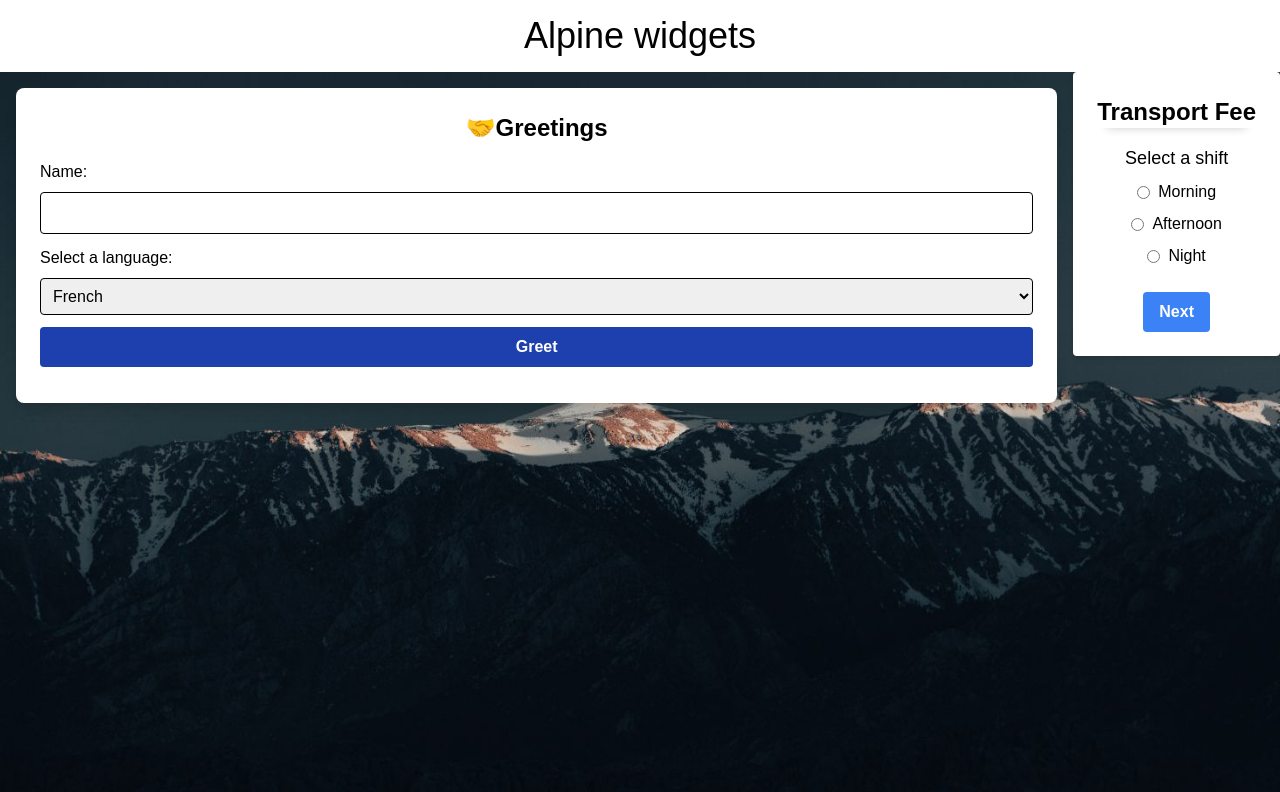
Repository: lasity34/alpine-bootcamp-widgets
Page: index.html
The author's editor kept a copy of each file at every save. The page is drawn from the files as they stood at one save, then again after the next save.
The browser window is 1280 px wide. The pictures show the whole page.
Some web fonts or font styles are not loaded; a fallback is used. Some web libraries are served in a nearby version.

Above is the page before, as saved 2023-07-12 15:26:37.
Console error: ReferenceError: shift is not defined

After the next save:
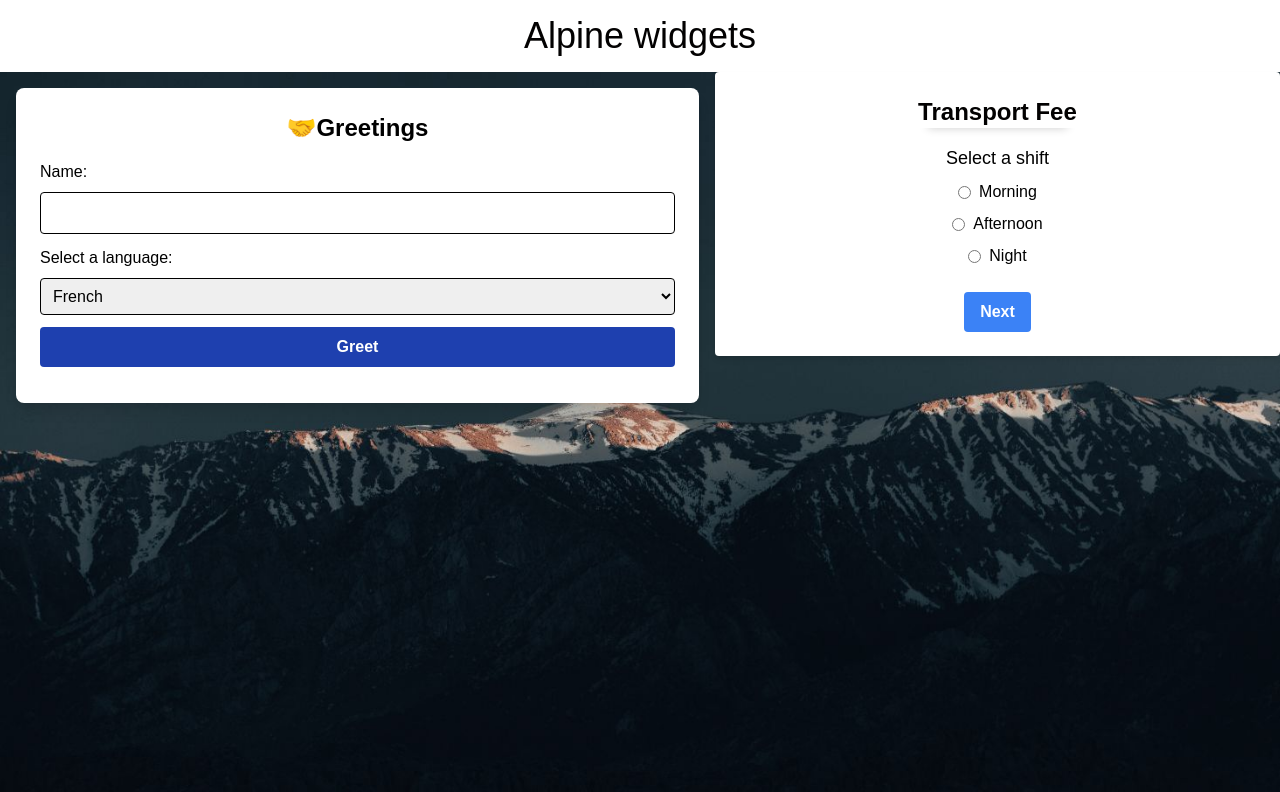
Saved 46 s later.
--- a/index.html
+++ b/index.html
@@ -66,7 +66,7 @@
           </div>
         </div>
       </section>
-      <section>
+      <section class="flex-grow">
         <div
           x-data="transportFee"
           class="flex flex-col items-center bg-white p-6 rounded shadow-md"
